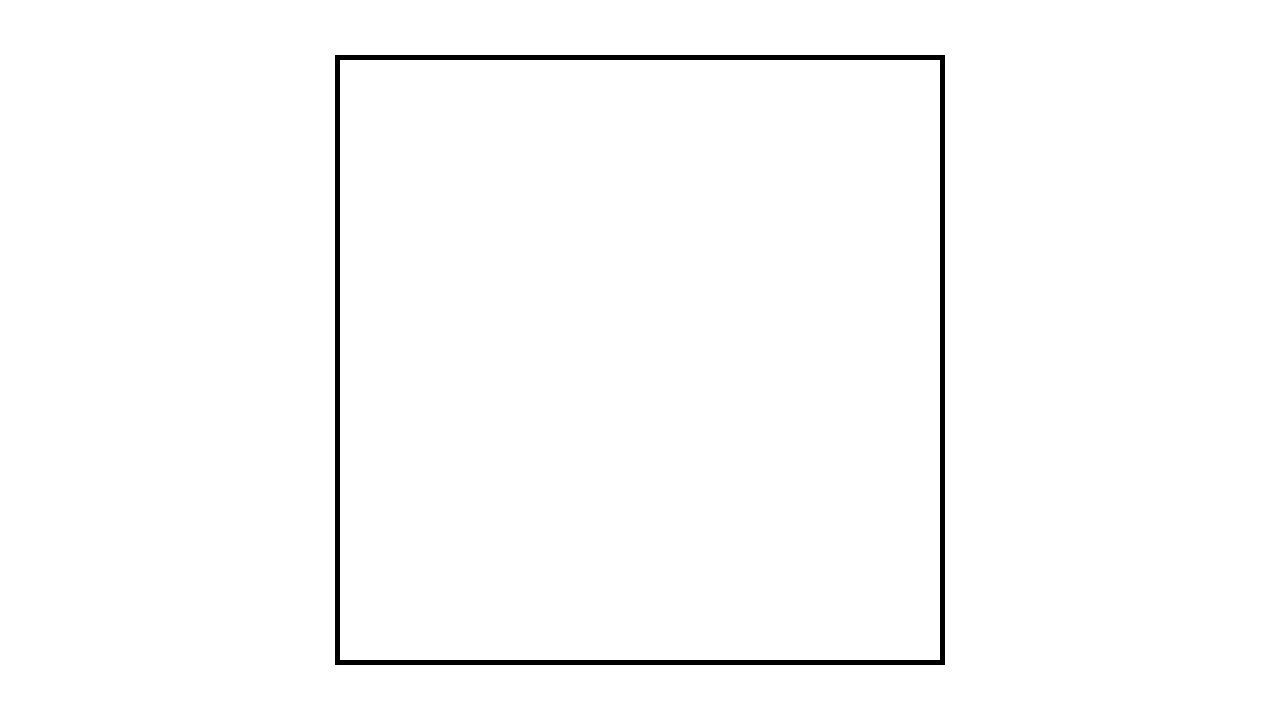
Repository: vasucp1207/sprite-animation
Page: index.html
An editor plug-in stored every save of this project. The page is shown before and after a run of saves, followed by the edit.
The browser window is 1280 px wide. The pictures show the whole page.

Above is the page before, as saved 2022-08-24 22:46:39.

### index.html
<!DOCTYPE html>
<html lang="en">
<head>
    <meta charset="UTF-8">
    <meta http-equiv="X-UA-Compatible" content="IE=edge">
    <meta name="viewport" content="width=device-width, initial-scale=1.0">
    <title>Document</title>
    <link rel="stylesheet" href="style.css">
</head>
<body>

    <canvas id="canvas1"></canvas>

    <script src="script.js"></script>
</body>
</html>

### style.css
#canvas1{
    border: 5px solid black;
    position: absolute;
    top: 50%;
    left: 50%;
    transform: translate(-50%, -50%);
}

### script.js
const canvas = document.getElementById('canvas1')
const ctx = canvas.getContext('2d')

const width = canvas.width = 600
const height = canvas.height = 600

const playerImage = new Image()
playerImage.src = './shadow_dog.png'

const spriteWidth = 575
const spriteHeight = 523
let frameX = 0
let frameY = 0
let gameFrame = 0
let staggerFrames = 5

function animate(){
    ctx.clearRect(0, 0, width, height)
    let position = Math.floor(gameFrame / staggerFrames) % 6
    frameX = spriteWidth
    ctx.drawImage(playerImage, frameX * spriteWidth, frameY * spriteHeight, spriteWidth, spriteHeight, 0, 0, spriteWidth, spriteHeight)
    if(gameFrame % staggerFrames == 0){
        if(frameX < 6) frameX++
        else frameX = 0
    }

    gameFrame++
    requestAnimationFrame(animate)
}

animate()

After the next 3 saves:
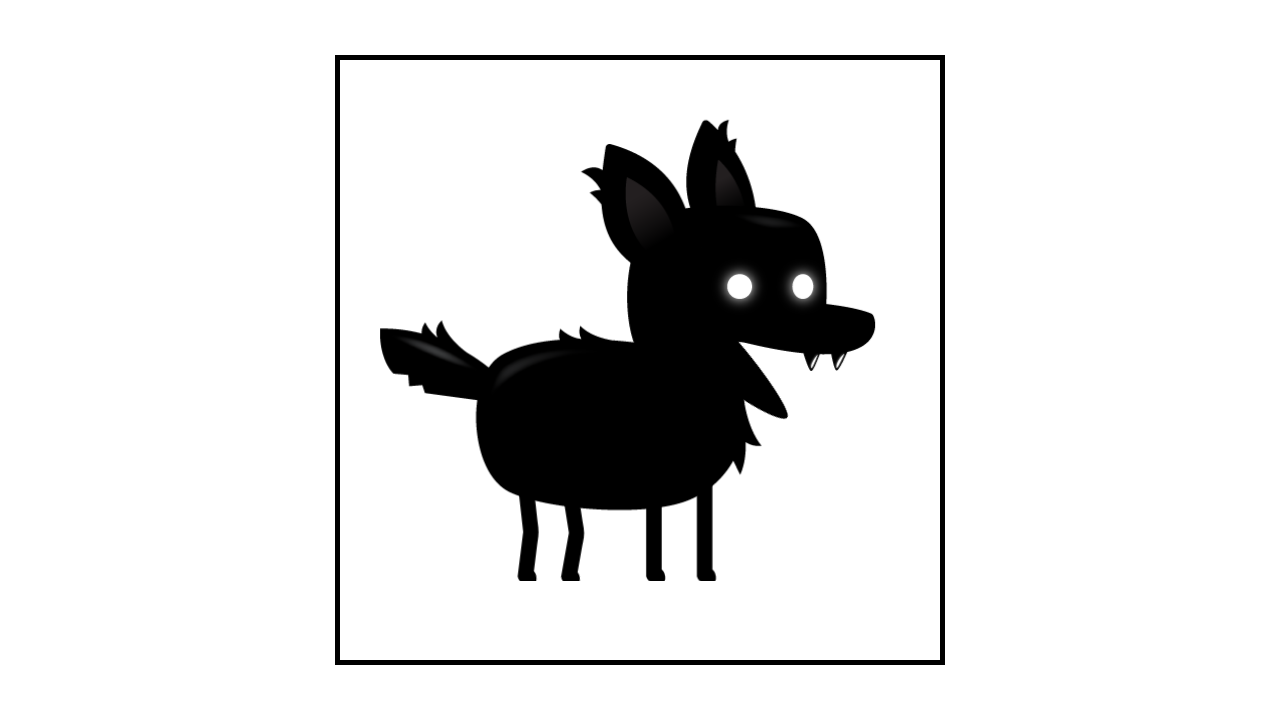
The 3 saves are shown as one change because they came seconds apart.
The last was saved 8 s later.
--- a/script.js
+++ b/script.js
@@ -17,7 +17,7 @@
 function animate(){
     ctx.clearRect(0, 0, width, height)
     let position = Math.floor(gameFrame / staggerFrames) % 6
-    frameX = spriteWidth
+    frameX = spriteWidth * position
     ctx.drawImage(playerImage, frameX * spriteWidth, frameY * spriteHeight, spriteWidth, spriteHeight, 0, 0, spriteWidth, spriteHeight)
     if(gameFrame % staggerFrames == 0){
         if(frameX < 6) frameX++
